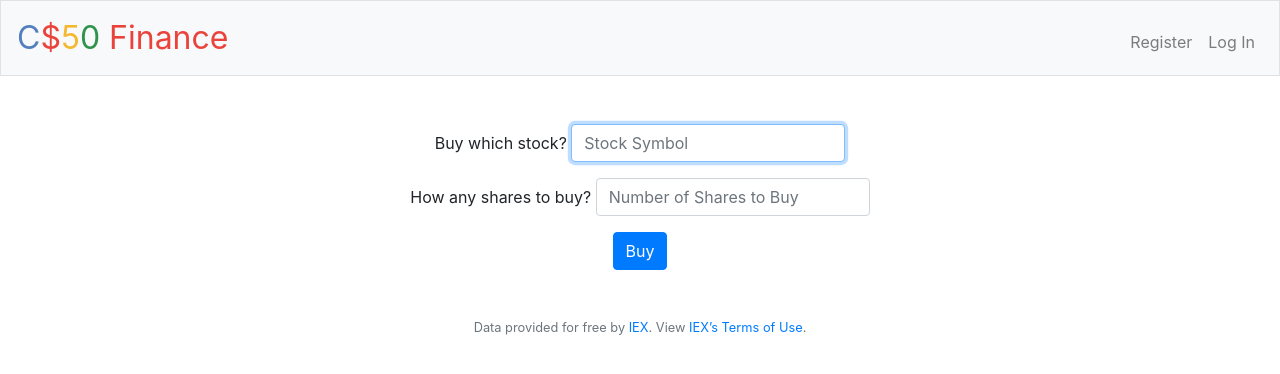
Repository: Mackeyrw/gitTest-CS50
Page: pset8/finance/templates/buy.html
The author's editor kept a record of every edit. The page is drawn from the files as they stood at one moment, then again after the next edit.
The browser window is 1280 px wide. The pictures show the whole page.
The template is drawn by Flask 3. The application's start-up code is not run. The template is opened directly, without the code that normally fills it, so the values that code supplies are empty.

Above is the page before.

After the next edit:
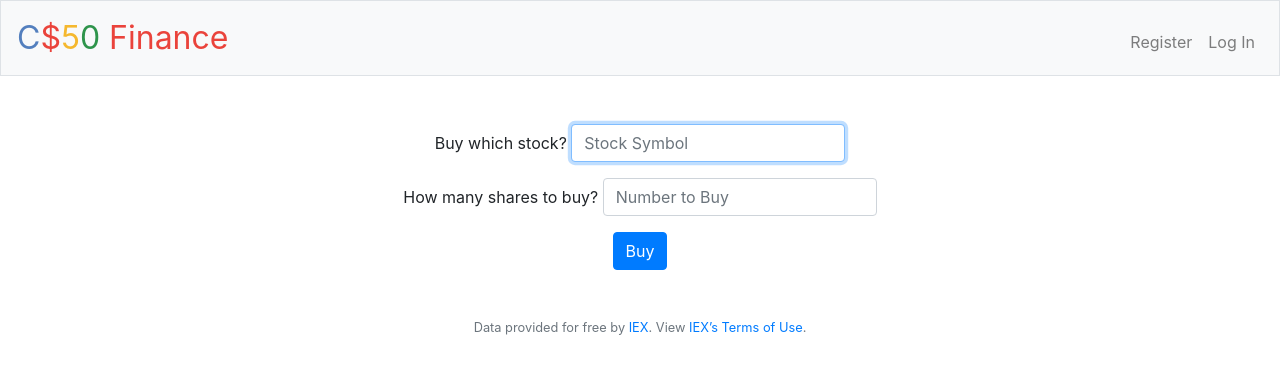
The edit:
--- a/pset8/finance/templates/buy.html
+++ b/pset8/finance/templates/buy.html
@@ -11,8 +11,8 @@
             <input autocomplete="off" autofocus class="form-control" name="symbol" placeholder="Stock Symbol" type="text">
         </div>
         <div class="form-group">
-            How any shares to buy?
-            <input autocomplete="off" autofocus class="form-control" name="shares" placeholder="Number of Shares to Buy" type="text">
+            How many shares to buy?
+            <input autocomplete="off" autofocus class="form-control" name="shares" placeholder="Number to Buy" type="number">
         </div>
         <button class="btn btn-primary" type="submit">Buy</button>
     </form>
